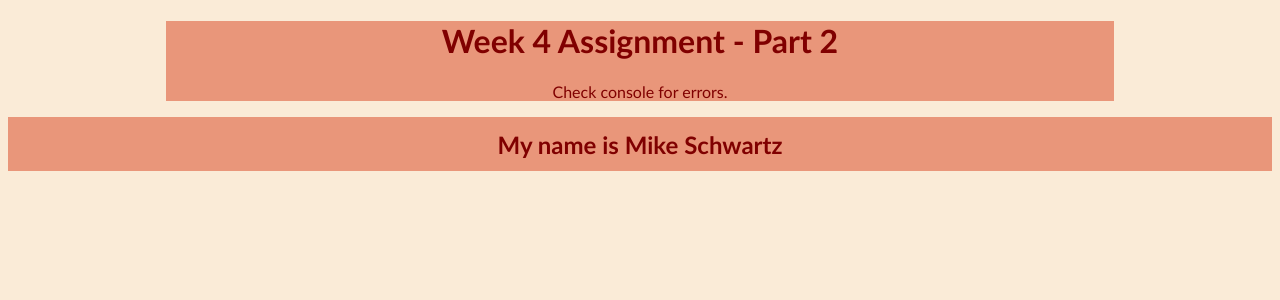
Repository: Ellusionism/prime-pw-week-4-assignment-part-2
Page: assignment/index.html
An editor plug-in stored every save of this project. The page is shown before and after a run of saves, followed by the edit.
The browser window is 1280 px wide. The pictures show the whole page.

Above is the page before, as saved 2022-11-16 17:59:15.

After the next 3 saves:
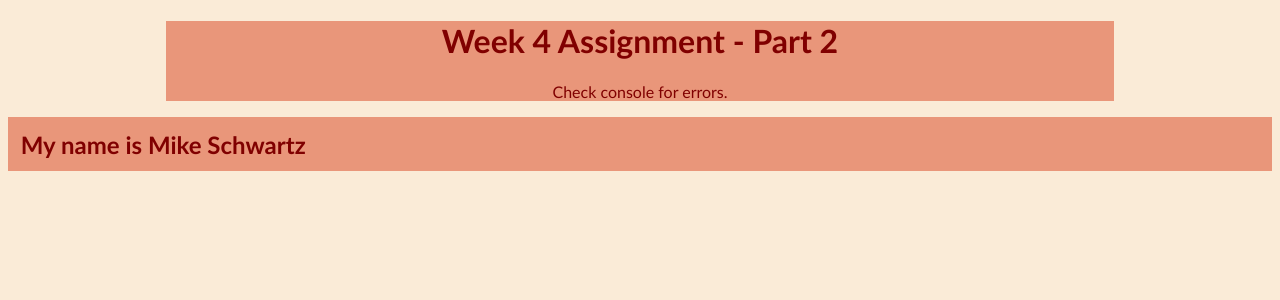
The 3 saves are shown as one change because they came seconds apart.
The last was saved 15 s later.
--- a/assignment/stylesheet.css
+++ b/assignment/stylesheet.css
@@ -14,6 +14,7 @@
 
 .info {
  background-color:darksalmon;
+ width:
  text-align: center;
  padding: 1%;
  display: block;

After the save that followed:
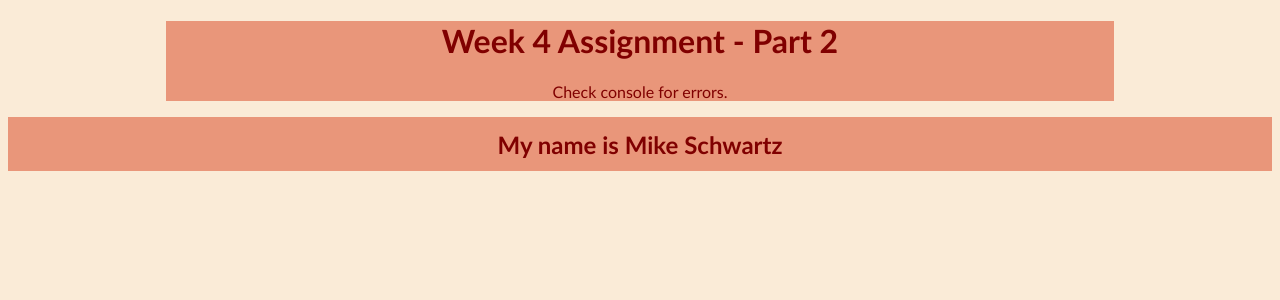
Saved 4 s later.
--- a/assignment/stylesheet.css
+++ b/assignment/stylesheet.css
@@ -14,7 +14,7 @@
 
 .info {
  background-color:darksalmon;
- width:
+ width: auto;
  text-align: center;
  padding: 1%;
  display: block;
